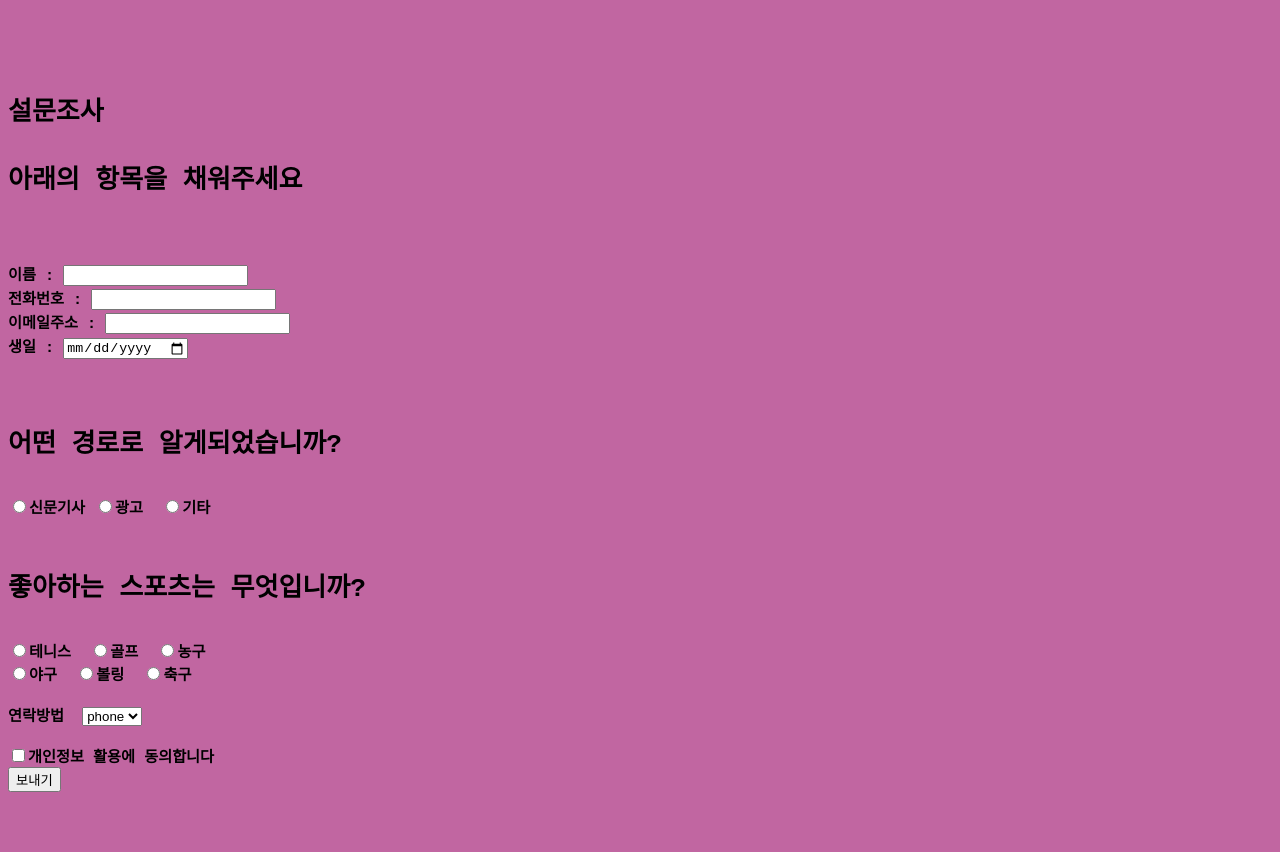
Repository: violetaplum/eclipseJSP
Page: http://localhost/JSP/jsp_DB/dao.jsp
The author's editor kept a copy of each file at every save. The page is drawn from the files as they stood at one save, then again after the next save.
The browser window is 1280 px wide. The pictures show the whole page.
The page is served by Tomcat 9. Other server files are loaded and not shown.

Above is the page before, as saved 2019-06-12 10:06:46.

### JSP/WebContent/jsp_DB/dao.jsp
<%@page import="java.sql.PreparedStatement"%>
<%@page import="java.sql.DriverManager"%>
<%@page import="java.sql.Connection"%>
<%@page import="java.sql.ResultSet" %>
<%@page import="java.util.ArrayList"%>
<%-- <%@page import="telinfoDAO.TelInfoDAO"%>
<%@page import="telinfoVO.TelInfoVO"%> --%>
<%@ page language="java" contentType="text/html; charset=UTF-8"
    pageEncoding="UTF-8"%>
<%request.setCharacterEncoding("utf-8");%>

<%-- <%
response.setCharacterEncoding("utf-8");
TelInfoDAO tidao = new TelInfoDAO();
ArrayList<TelInfoVO> tiArray = tidao.getAllInfo();

%> --%>
<!DOCTYPE html>
<html>
<head>
  <style>
  body
  {
    background: #c166a1;
    align:center;
  }
  </style>

</head>
<body>

<pre>

<form action="./dao2.jsp" method="get">
<h1>
설문조사

아래의 항목을 채워주세요
</h1>
<h3>
이름 : <input type="text" name="name" />
전화번호 : <input type="text" name="tel" />
이메일주소 : <input type="text" name="email" />
생일 : <input type="date" name="birth" />
</h3>

<h1>어떤 경로로 알게되었습니까?</h1><h3>
<input type="radio" name="radio1" value="신문기사"/>신문기사 <input type="radio" name="radio1" value="광고"/>광고  <input type="radio" name="radio1" value="기타" />기타
</h3>
<h1>좋아하는 스포츠는 무엇입니까?</h1><h3>
<input type="radio" name="radio2" value="테니스" />테니스  <input type="radio" name="radio2" value="골프" />골프  <input type="radio" name="radio2" value="농구" />농구
<input type="radio" name="radio2" value="야구" />야구  <input type="radio" name="radio2" value="볼링" />볼링  <input type="radio" name="radio2" value="축구" />축구

연락방법  <select name="select" id="select" value="select">
          <option value="phone">
            phone
          </option>
          <option value="email">
            email
          </option>
          <option value="sms">
            sms
          </option>
</select>

<input type="checkbox" name="check" />개인정보 활용에 동의합니다
<input type="submit" value="보내기" />


</form>
</pre>
</h3>


</body>
</html>

After the next save:
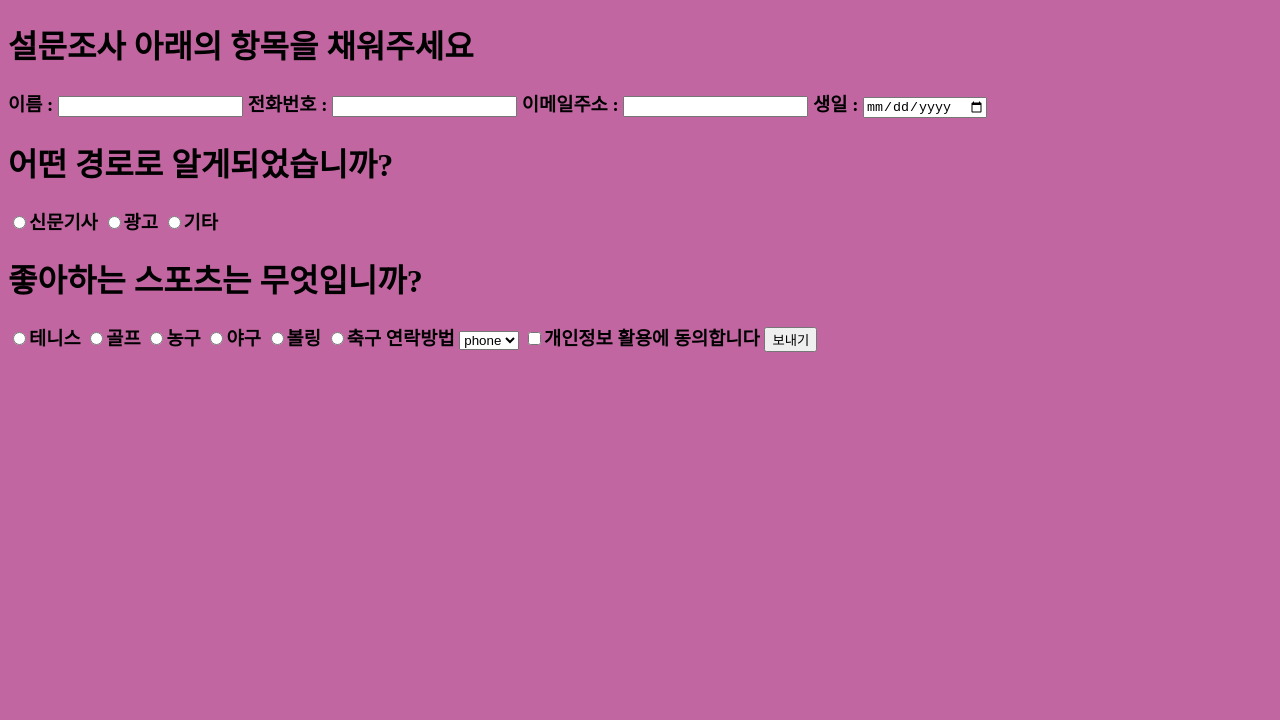
Saved 15 s later.
--- a/JSP/WebContent/jsp_DB/dao.jsp
+++ b/JSP/WebContent/jsp_DB/dao.jsp
@@ -28,8 +28,6 @@ ArrayList<TelInfoVO> tiArray = tidao.getAllInfo();
 
 </head>
 <body>
-
-<pre>
 
 <form action="./dao2.jsp" method="get">
 <h1>
